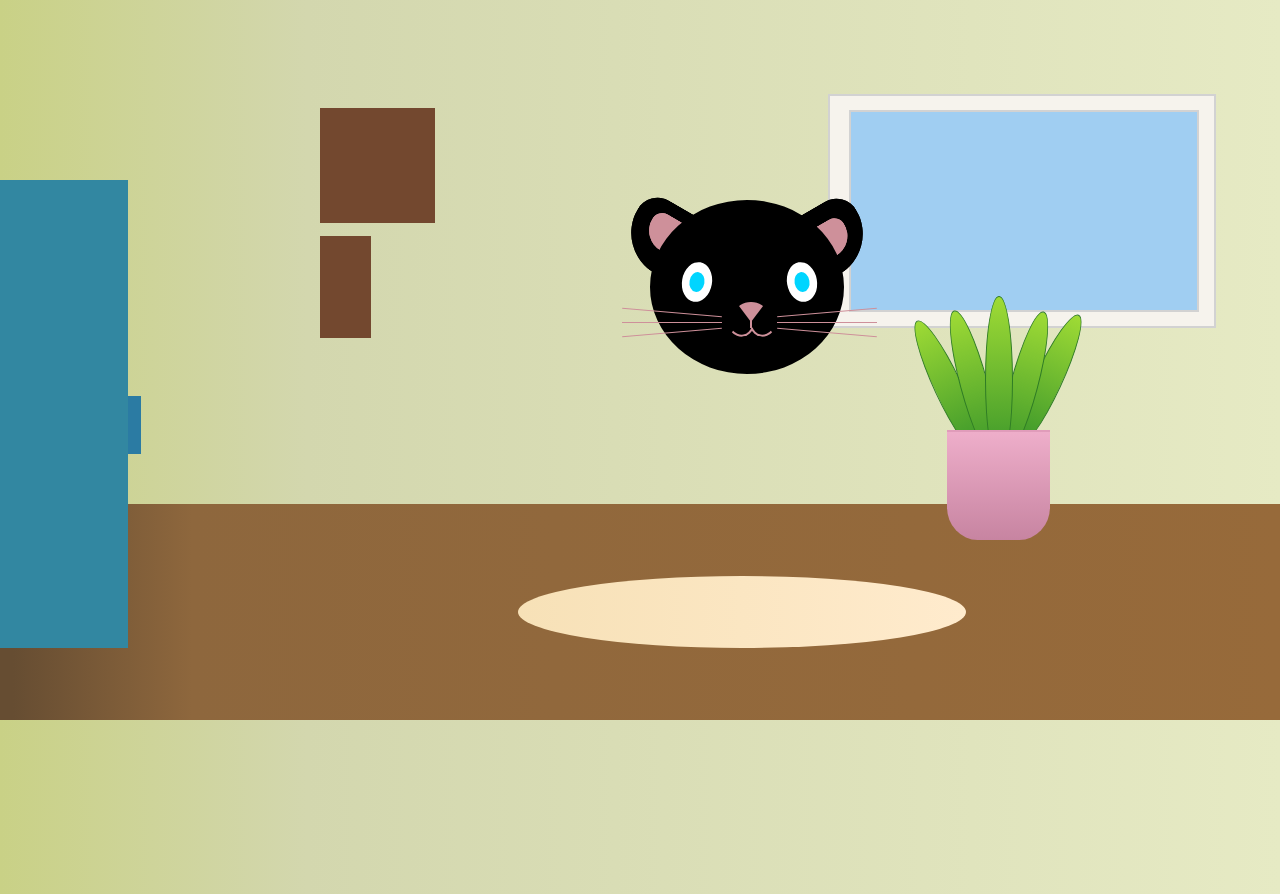
Repository: SandyLy453/COMP-2170-team-project
Page: index.html
These files come from the project's save history. The page is drawn as it stood at one moment and after the next save; the edit follows.
The browser window is 1280 px wide. The pictures show the whole page.

Above is the page before, as saved 2024-05-03 13:45:31.

### index.html
<!DOCTYPE html>
<html lang="en">
<head>
    <meta charset="UTF-8">
    <meta name="viewport" content="width=device-width, initial-scale=1.0">
    <title>Team Project: Doll Dress-Up Game</title>
    <link rel="stylesheet" href="styles.css" />
</head>
<body>
    <main class="main-area">
        <div class="background">
            <div class="floor"></div>
            <div class="closet">
                <div class="openner"></div>
            </div>
            <div class="carpet"></div>
            <div class="window">
                <div class="outside"></div>
            </div>
            <div class="plantPot">
                <div class="leaves">
                    <div class="plant"></div>
                    <div class="plant-left-one"></div>
                    <div class="plant-right-one"></div>
                    <div class="plant-left-two"></div>
                    <div class="plant-right-two"></div>
                </div>
                <div class="pot"></div>
            </div>
            <div class="picturesCombo">
                <div class="pictures-one">
                    <div class="pic-one"></div>
                </div>
                <div class="pictures-two">
                    <div class="pic-two"></div>
                </div>
                <div class="pictures-three">
                    <div class="pic-three"></div>
                </div>
                <div class="pictures-four">
                    <div class="pic-four"></div>
                </div>
                <div class="pictures-five">
                    <div class="pic-five"></div>
                </div>
                <div class="pictures-six">
                    <div class="pic-six"></div>
                </div>
            </div>
        </div>

        <div class="character">
            <div class="cat">
                <div class="cat-head">
                    <div class="ears">

                        <div class="left-ear">
                            <div class="left-inner-ear">
                            </div>
                        </div>

                        <div class="right-ear">
                            <div class="right-inner-ear">
                            </div>
                        </div>
                    </div>

                    <div class="cat-eyes">
                        <div class="left-eye">
                            <div class="left-inner-eye">
                            </div>
                        </div>
                        <div class="right-eye">
                            <div class="right-inner-eye">
                            </div>
                        </div>
                    </div>

                    <div class="cat-nose"></div>

                    <div class="cat-mouth">
                        <div class="middle-line"></div>
                        <div class="left-line"></div>
                        <div class="right-line"></div>
                    </div>

                    <div class="cat-whiskers-left">
                        <div class="whisker-left-top"></div>
                        <div class="whisker-left-middle"></div>
                        <div class="whisker-left-bottom"></div>
                    </div>
                    <div class="cat-whiskers-right">
                        <div class="whisker-right-top"></div>
                        <div class="whisker-right-middle"></div>
                        <div class="whisker-right-bottom"></div>
                    </div>
                </div>

                <div class="cat-body">
                    <div class="arm left-arm"></div>
                    <div class="arm right-arm"></div>
                    <div class="foot left-foot"></div>
                    <div class="foot right-arm"></div>
                </div>
            </div>
        </div>
    </main>
    <script src="script.js"></script>
</body>
</html>

### styles.css
body {
    margin: 0;
    width: 100vw;
    min-height: 100vh;
    background: linear-gradient(90deg, rgba(201,209,134,1) 0%, rgba(211,215,174,1) 24%, rgba(230,234,196,1) 100%);
}

/* Background styling */

.background {
    z-index: -10;
}

.floor {
    position: absolute;
    bottom: 0;
    width: 100vw;
    height: 30vh;
    background: linear-gradient(90deg, rgba(102,77,50,1) 1%, rgb(142, 103, 61) 15%, rgba(151,106,58,1) 100%);
    z-index: -2;
}

.closet {
    position: absolute;
    bottom: 10vh;
    left: 0;
    width: 10vw;
    height: 65vh;
    background-color: rgb(50, 135, 161);
}

.openner {
    position: relative;
    width: 1vw;
    height: 8vh;
    left: 10vw;
    bottom: -30vh;
    background-color: rgb(43, 123, 163);
}

.carpet {
    width: 35vw;
    height: 10vh;
    border-radius: 50%;
    background: linear-gradient(90deg, rgba(247,225,183,1) 0%, rgba(255,235,205,1) 100%);
    position: absolute;
    bottom: 10vh;
    right: 24.5vw;
}

.window {
    width: 30vw;
    height: 32vh;
    background-color: rgb(246, 243, 237);
    position: absolute;
    right: 5vw;
    top: 13vh;
    border: 2px solid rgb(210, 210, 210);
    z-index: -10;
}

.outside {
    width: 27vw;
    height: 27.5vh;
    background-color: rgb(160, 206, 242);
    position: relative;
    left: 1.5vw;
    top: 2vh;
    border: 2px solid rgb(210, 210, 210)
}

.plantPot {
    position: absolute;
    right: 18vw;
    bottom: 25vh;
}

.pot {
    width: 8vw;
    height: 15vh;
    background: linear-gradient(180deg, rgba(238,174,202,1) 0%, rgba(199,132,161,1) 100%);
    border-bottom-left-radius: 30%;
    border-bottom-right-radius: 30%;
    border-top: 2px solid rgb(224, 156, 186);
    z-index: 2;
}

.leaves {
    position: relative;
    top: 29rem;
    left: 0.45rem;
}

.plant {
    height: 23vh;
    width: 2vw;
    background: linear-gradient(0deg, rgba(55,148,42,1) 0%, rgba(159,219,53,1) 100%);
    z-index: -1;
    position: relative;
    top: 10.5rem;
    left: 30%;
    border-radius: 100%;
    border: 1px solid rgb(47, 124, 37);
}

.plant-left-one {
    height: 21vh;
    width: 2vw;
    background: linear-gradient(0deg, rgba(55,148,42,1) 0%, rgba(159,219,53,1) 100%);
    z-index: -2;
    position: relative;
    top: 0.75rem;
    left: 0.35rem;
    border-radius: 100%;
    border: 1px solid rgb(47, 124, 37);
    transform: rotate(-15deg);
}

.plant-right-one {
    height: 21vh;
    width: 2vw;
    background: linear-gradient(0deg, rgba(55,148,42,1) 0%, rgba(159,219,53,1) 100%);
    z-index: -3;
    position: relative;
    top: -8.75rem;
    left: 3.5rem;
    border-radius: 100%;
    border: 1px solid rgb(47, 124, 37);
    transform: rotate(15deg);
}

.plant-left-two {
    height: 20vh;
    width: 2vw;
    background: linear-gradient(0deg, rgba(55,148,42,1) 0%, rgba(159,219,53,1) 100%);
    z-index: -4;
    position: relative;
    top: -18rem;
    left: -1.25rem;
    border-radius: 100%;
    border: 1px solid rgb(47, 124, 37);
    transform: rotate(-25deg);
}

.plant-right-two {
    height: 20vh;
    width: 2vw;
    background: linear-gradient(0deg, rgba(55,148,42,1) 0%, rgba(159,219,53,1) 100%);
    z-index: -5;
    position: relative;
    top: -27.5rem;
    left: 5rem;
    border-radius: 100%;
    border: 1px solid rgb(47, 124, 37);
    transform: rotate(25deg);
}

.picturesCombo {
    position: absolute;
    left: 25vw;
    top: 15vh;
}

.pictures-one {
    position: relative;
    width: 9vw;
    height: 9vw;
    background-color: rgb(115, 72, 47);
}

.pictures-two {
    position: relative;
    top: 1vw;
    width: 4vw;
    height: 4vw;
    background-color: rgb(115, 72, 47);
}

.pictures-three {
    position: relative;
    top: 1vw;
    width: 4vw;
    height: 4vw;
    background-color: rgb(115, 72, 47);
}

.pictures-four {
    position: relative;
}

.pictures-five {
    position: relative;
}

.pictures-six {
    position: relative;
}



/* Cat styling */

.cat-head {
    position: absolute;
    right: 0;
    left: 650px;
    top: 200px;
    bottom: 0;
    background-color: black;
    width: 190px;
    height: 170px;
    border: 2px solid black;
    border-radius: 50%;
}

.left-ear {
    position: absolute;
    z-index: -1;
    top: 0;
    left: -25px;
    border-top-left-radius: 80px;
    border-top-right-radius: 40px;
    transform: rotate(-60deg);
    border-left: 35px solid black;
    border-right: 35px solid black;
    border-bottom: 70px solid black;
}

.right-ear {
    position: absolute;
    z-index: -1;
    top: 1px;
    left: 145px;
    border-top-left-radius: 40px;
    border-top-right-radius: 80px;
    transform: rotate(60deg);
    border-left: 35px solid black;
    border-right: 35px solid black;
    border-bottom: 70px solid black;
}

.left-inner-ear {
    position: absolute;
    top: 0;
    left: -30px;
    transform: scale(0.5);
    border-top-left-radius: 80px;
    border-top-right-radius: 40px;
    border-bottom-right-radius: 40%;
    border-bottom-left-radius: 40%;
    border-left: 35px solid rgb(206, 144, 154);
    border-right: 35px solid rgb(206, 144, 154);
    border-bottom: 70px solid rgb(206, 144, 154);
}

.right-inner-ear {
    position: absolute;
    top: 0px;
    left: -35px;
    transform: scale(0.5);
    border-top-left-radius: 40px;
    border-top-right-radius: 80px;
    border-bottom-right-radius: 40%;
    border-bottom-left-radius: 40%;
    border-left: 35px solid rgb(206, 144, 154);
    border-right: 35px solid rgb(206, 144, 154);
    border-bottom: 70px solid rgb(206, 144, 154);
}

.left-eye {
    position: absolute;
    top: 60px;
    left: 30px;
    border-radius: 60%;
    transform: rotate(10deg);
    width: 30px;
    height: 40px;
    background-color: white;
}

.right-eye {
    position: absolute;
    top: 60px;
    left: 135px;
    border-radius: 60%;
    transform: rotate(-10deg);
    width: 30px;
    height: 40px;
    background-color: white;
}

.left-inner-eye {
    position: absolute;
    top: 0px;
    left: 0px;
    border-radius: 60%;
    transform: scale(0.5);
    width: 30px;
    height: 40px;
    background-color: rgb(0, 213, 255);
}

.right-inner-eye {
    position: absolute;
    top: 0px;
    left: 0px;
    border-radius: 60%;
    transform: scale(0.5);
    width: 30px;
    height: 40px;
    background-color: rgb(0, 213, 255);
}

.cat-nose {
    position: absolute;
    top: 100px;
    left: 84px;
    border-top-left-radius: 50%;
    border-top-right-radius: 50%;
    border-bottom-right-radius: 50%;
    border-bottom-left-radius: 50%;
    transform: rotate(180deg);
    border-left: 15px solid transparent;
    border-right: 15px solid transparent;
    border-bottom: 20px solid rgb(206, 144, 154);
}

/* .cat-mouth div{
    position: absolute;
    top: 50px;
    width: 30px;
    height: 50px;
    border: 2px solid rgb(206, 144, 154);
    border-radius: 190%/190px;
    border-color: rgb(206, 144, 154) transparent transparent transparent;
} */

.left-line {
    position: absolute;
    top: 81px;
    left: 69.5px;
    width: 30px;
    height: 50px;
    border: 2px solid rgb(206, 144, 154);
    border-radius: 80%;
    transform: rotate(170deg);
    border-color: rgb(206, 144, 154) transparent transparent transparent;
}

.middle-line {
    position: absolute;
    top: 120px;
    left: 94px;
    width: 10px;
    height: 2px;
    background-color: rgb(206, 144, 154);
    transform: rotate(90deg);
}

.right-line {
    position: absolute;
    top: 81px;
    left: 95.5px;
    width: 30px;
    height: 50px;
    border: 2px solid rgb(206, 144, 154);
    border-radius: 80%;
    transform: rotate(190deg);
    border-color: rgb(206, 144, 154) transparent transparent transparent;
}

.whisker-left-top {
    position: absolute;
    top: 110px;
    left: -30px;
    transform: rotate(5deg);
    width: 100px;
    height: 1px;
    background-color: rgb(206, 144, 154);
}

.whisker-left-middle {
    position: absolute;
    top: 120px;
    left: -30px;
    transform: rotate(0deg);
    width: 100px;
    height: 1px;
    background-color: rgb(206, 144, 154);
}

.whisker-left-bottom {
    position: absolute;
    top: 130px;
    left: -30px;
    transform: rotate(-5deg);
    width: 100px;
    height: 1px;
    background-color: rgb(206, 144, 154);
}

.whisker-right-top {
    position: absolute;
    top: 110px;
    left: 125px;
    transform: rotate(-5deg);
    width: 100px;
    height: 1px;
    background-color: rgb(206, 144, 154);
}

.whisker-right-middle {
    position: absolute;
    top: 120px;
    left: 125px;
    transform: rotate(0deg);
    width: 100px;
    height: 1px;
    background-color: rgb(206, 144, 154);
}

.whisker-right-bottom {
    position: absolute;
    top: 130px;
    left: 125px;
    transform: rotate(5deg);
    width: 100px;
    height: 1px;
    background-color: rgb(206, 144, 154);
}

.cat-body {
    width: 53%;
    height: 45%;
    background-color: black;
    border-r
}

### script.js
const shirts = ["shirt1","shirt2","shirt3","shirt4", "shirt5"]

const bottoms = ["bottom1","bottom2","bottom3","bottom4", "bottom5"]

const accessories = ["acc1","acc2","acc3","acc4", "acc5"]

After the next save:
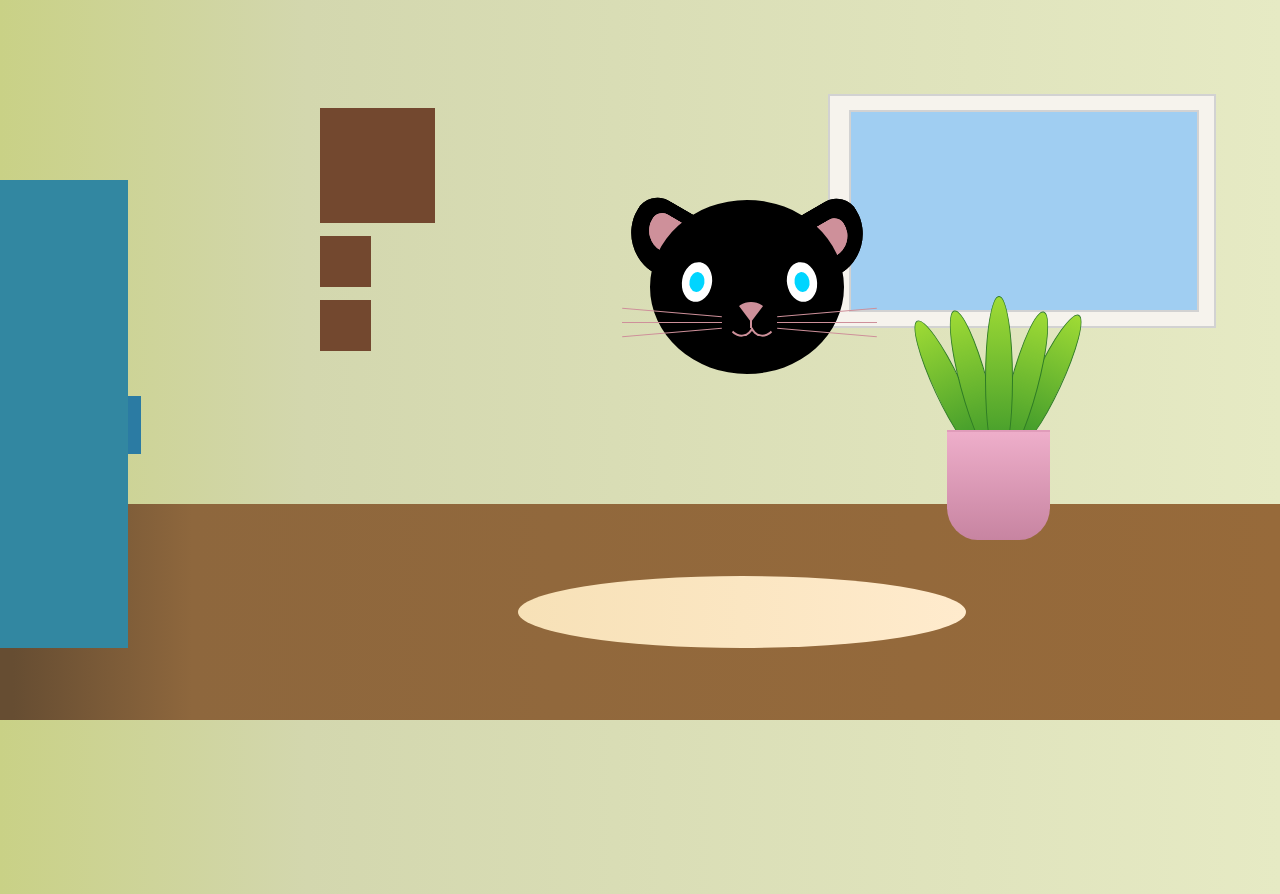
Saved 5 s later.
--- a/styles.css
+++ b/styles.css
@@ -178,7 +178,7 @@ body {
 
 .pictures-three {
     position: relative;
-    top: 1vw;
+    top: 2vw;
     width: 4vw;
     height: 4vw;
     background-color: rgb(115, 72, 47);
@@ -433,5 +433,5 @@ body {
     width: 53%;
     height: 45%;
     background-color: black;
-    border-r
-}
+    border-radius: 80% 80%
+}
